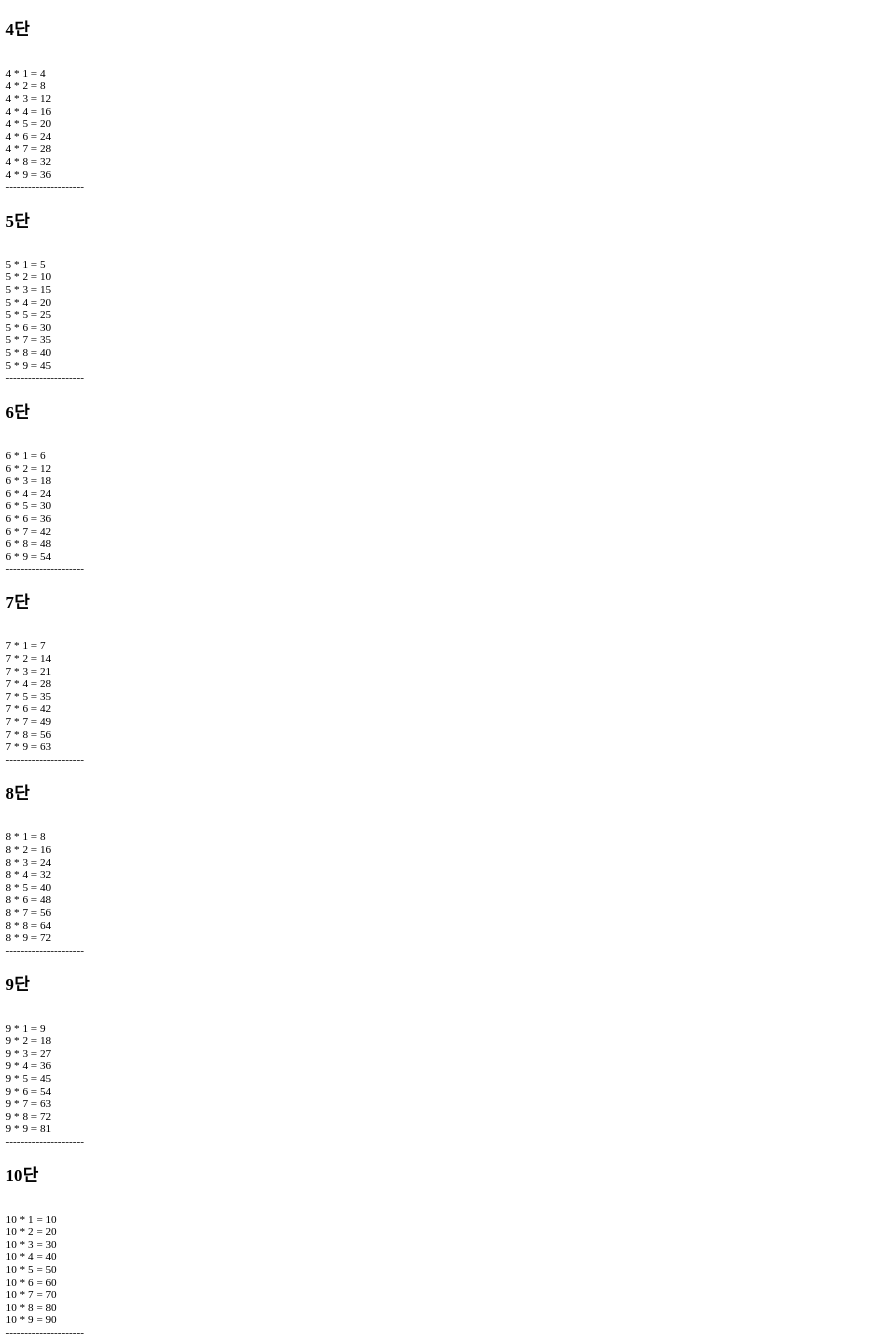
Repository: Kimhwawon/jsp_practice
Page: http://localhost/JSPBasic/JspTag/Scriptlet.jsp
The author's editor kept a copy of each file at every save. The page is drawn from the files as they stood at one save, then again after the next save.
The browser window is 1280 px wide. The pictures show the part of the page from y = 822 to 2742 px (the page is 2742 px tall before and 2469 px after), at 70% of full size.
The page is served by Tomcat 9.

Above is the page before, as saved 2022-01-28 03:19:16.

After the next save:
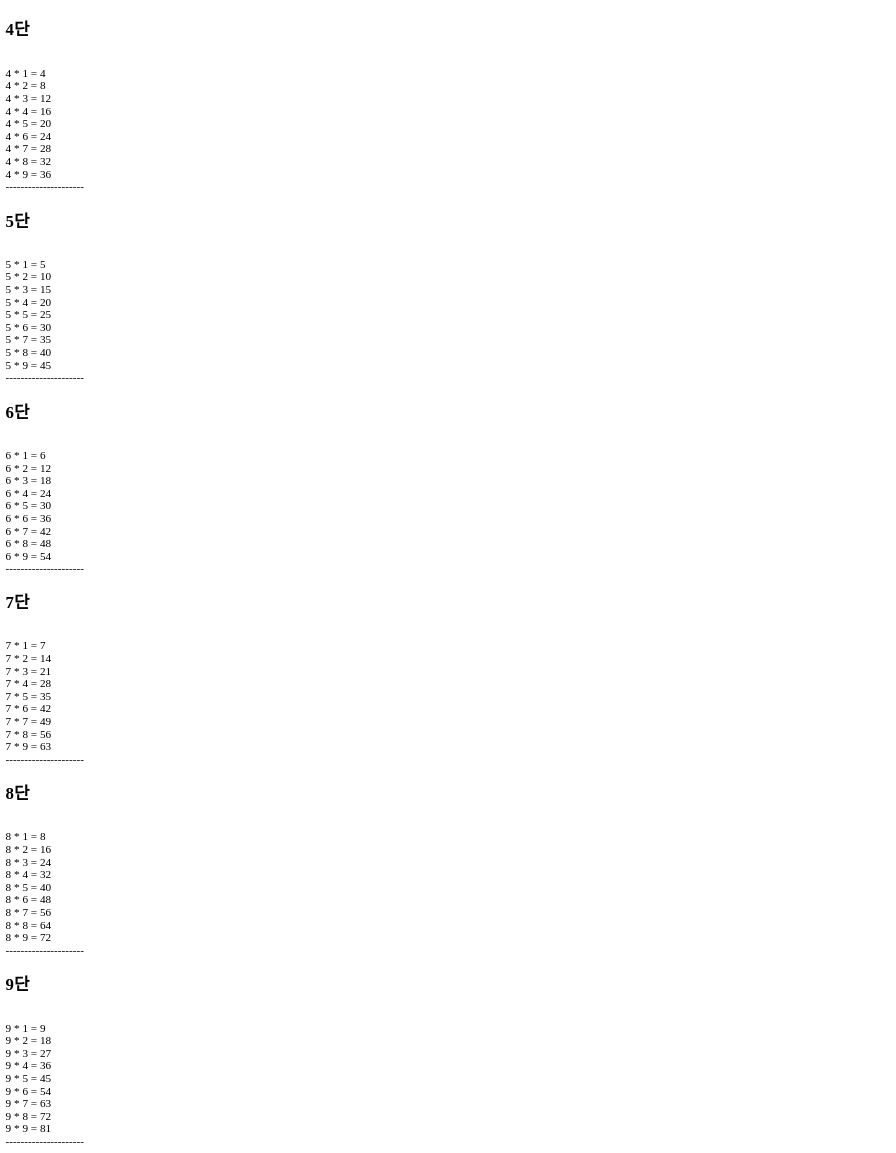
Saved 101 s later.
--- a/JSPBasic/src/main/webapp/JspTag/Scriptlet.jsp
+++ b/JSPBasic/src/main/webapp/JspTag/Scriptlet.jsp
@@ -28,11 +28,12 @@
 	 %>
 	 <!-- 2단 되신분들은 3단부터 나머지도 다 출력해주세요. -->
 	 <%
-	 	for(int i= 3; i <=10; i++){
+	 	for(int i= 3; i < 10; i++){
 	 		out.println("<h2>" + i + "단" + "</h2>"  + "<br/>");
-	 		for (int j = 1; j <=9; j++){
+	 		for (int j = 1; j < 10; j++){
 	 			out.println(i + " * " + j + " = " + i * j + "<br/>");
-	 		}out.println("---------------------");
+	 		}
+	 		out.println("---------------------<br/>");
 	 	}
 	 %>
 </body>
